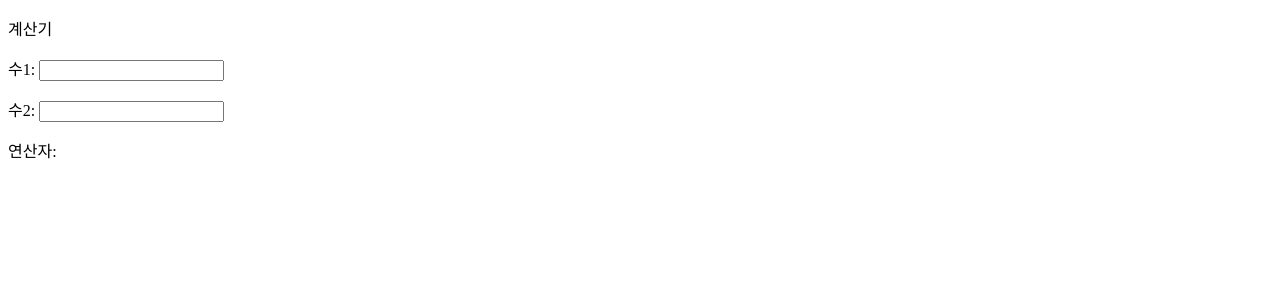
Repository: Kebiskim/2023_jspStudy
Page: 01_servlet/src/main/webapp/view/Ex07.html
The author's editor kept a copy of each file at every save. The page is drawn from the files as they stood at one save, then again after a run of saves.
The browser window is 1280 px wide. The pictures show the whole page.

Above is the page before, as saved 2023-06-30 04:06:27.

After the next 2 saves:
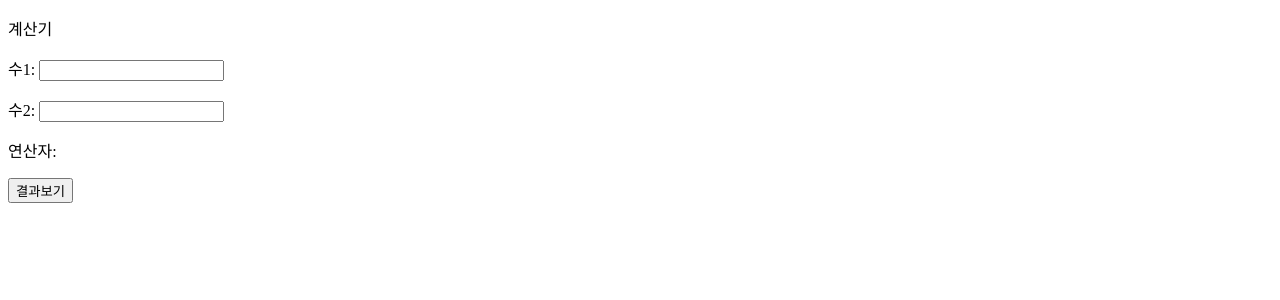
The 2 saves are shown as one change because they came seconds apart.
The last was saved 14 s later.
--- a/01_servlet/src/main/webapp/view/Ex07.html
+++ b/01_servlet/src/main/webapp/view/Ex07.html
@@ -9,5 +9,6 @@
 	<p>수1: <input type="text" name="num1" id="num1"></p>
 	<p>수2: <input type="text" name="num2" id="num2"></p>
 	<p>연산자: </p>
+	<button>결과보기</button>
 </body>
 </html>
